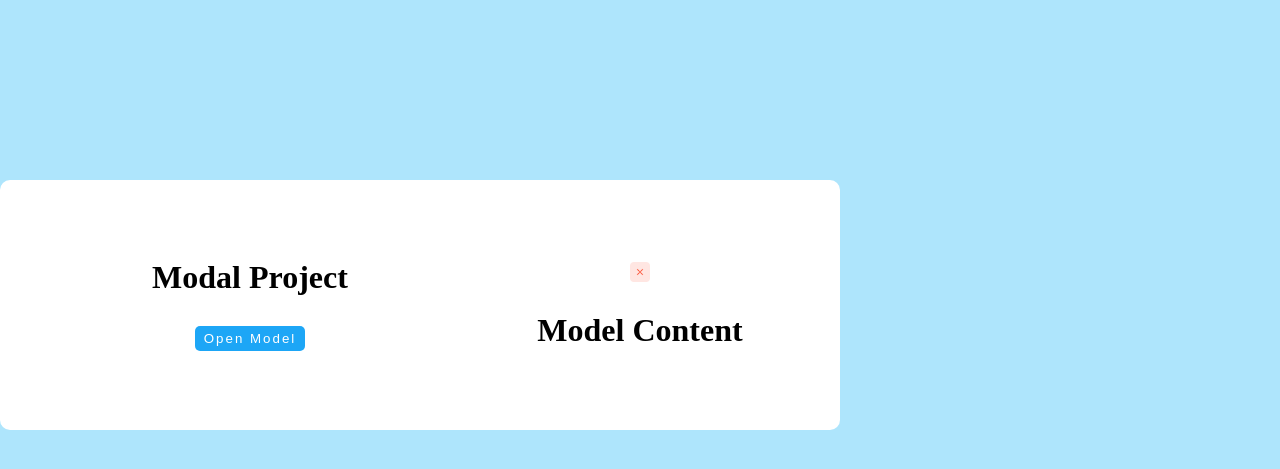
Repository: Trapti10/20-js-practice-projects-in-7-days-challenge
Page: Project_4_Modal_Project/index.html
The author's editor kept a copy of each file at every save. The page is drawn from the files as they stood at one save, then again after a run of saves.
The browser window is 1280 px wide. The pictures show the whole page.

Above is the page before, as saved 2025-11-24 11:05:53.

### Project_4_Modal_Project/index.html
<!DOCTYPE html>
<html lang="en">
<head>
    <meta charset="UTF-8">
    <meta name="viewport" content="width=device-width, initial-scale=1.0">
    <title>Modal Project</title>
    <link rel="stylesheet" href="style.css">
</head>
<body>
    <div class="hero">
     <div class="bg-img"  background-img>

    </div>
    <div class="card">
        <h1>Modal Project</h1>

        <button class="Open">
            Open Model
        </button>
       </div>
       </div>
       <div class="modal-overlay">
        <div class="madal-container">
            <img src="assests/close.png" alt="">
            <div class="modalContent">
                <h1>Model Content</h1>
            </div>
        </div>
       </div>
    <script src="script.js"></script>
</body>
</html>

### Project_4_Modal_Project/style.css
*{
    margin: 0;
    padding: 0;
}
.hero{
    place-items: center;
}
.bg-img{
    height: 100vh;
    background-position: center center;
    background-repeat: no-repeat;
    position: relative;
    background-size: max(2200px, 100vw);
    background-image: url("https://png.pngtree.com/thumb_back/fh260/background/20230714/pngtree-simplicity-in-blue-a-living-room-interior-design-with-decor-and-image_3888158.jpg");
    background-repeat: no-repeat;
    align-items: center;
    margin-top: 0;
    align-items: center;

}

.card{
    position: absolute;
    top: 25%;
    background: white;
    min-height: 250px;
    min-width: 500px;
    display: flex;
    justify-content: center;
    align-items:center ;
    flex-direction: column;
    border: none;
    border-radius: 10px;
    gap: 30px;
}

button{
    height: 25px;
    width: 110px;
    color: white;
    background: rgb(29, 166, 246);
    border: none;
    letter-spacing: 2px;
    border-radius: 5px;
    padding: 0 4px;
}

button:hover{
    background: transparent;
    color: black;
    border: 2px solid rgb(29, 166, 246);
}

.modal-overlay{
    background: rgba(159, 225, 252, 0.84);
    position: fixed;
    top: 0;
    left: 0;
    width: 100%;
    height: 100%;
    place-items:center;
    display: grid;
    transition: 400ms ease;
    visibility: visible;
    z-index: -10;
}

.madal-container{
   position: absolute;
    top: 25%;
    background: white;
    max-height: 250px;
    max-width: 400px;
    height: 100%;
    width: 100%;
    display: flex;
    justify-content: center;
    align-items:center ;
    flex-direction: column;
    border: none;
    border-radius: 10px;
    gap: 30px;
}

.madal-container img{
    height: 20px;
    right: 0;
}

Loaded but not shown: Project_4_Modal_Project/script.js (no stored copy; drawn as an empty file)

After the next 2 saves:
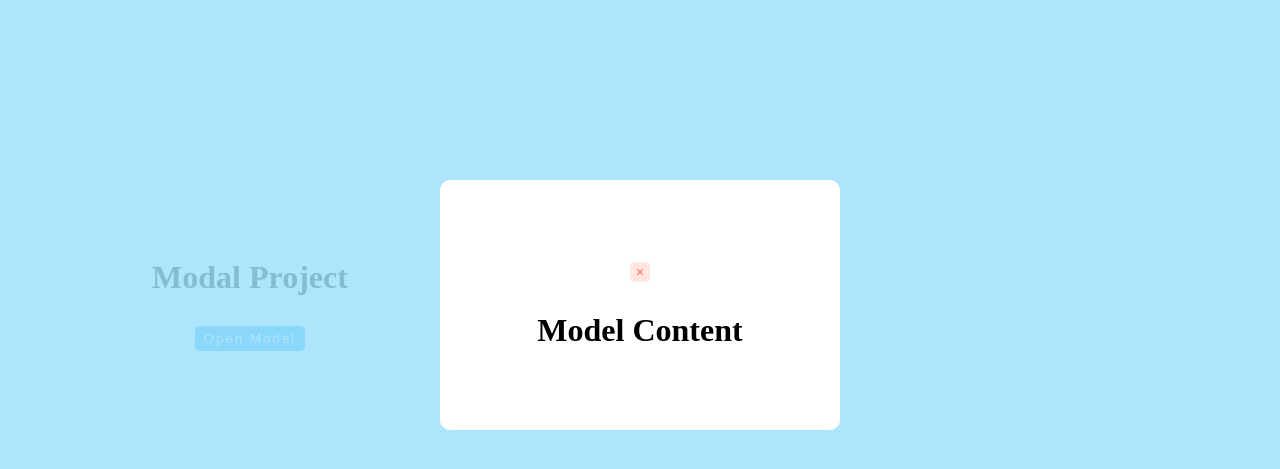
The 2 saves are shown as one change because they came seconds apart.
The last was saved 33 s later.
--- a/Project_4_Modal_Project/style.css
+++ b/Project_4_Modal_Project/style.css
@@ -61,8 +61,8 @@ button:hover{
     place-items:center;
     display: grid;
     transition: 400ms ease;
-    visibility: visible;
-    z-index: -10;
+    /* visibility: visible; */
+    /* z-index: -10; */
 }
 
 .madal-container{
